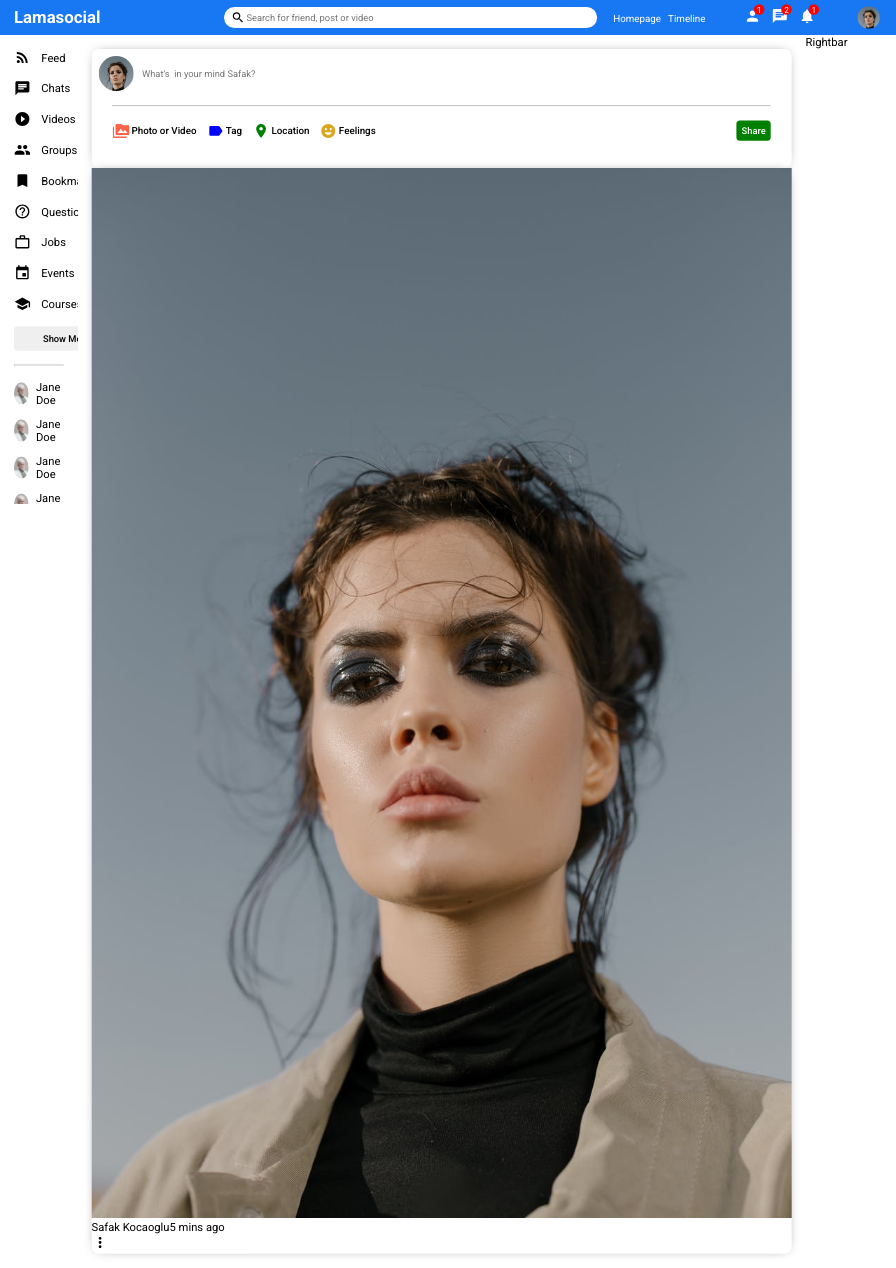
Repository: nazlinres01/react-social
Page: / (app in client/)
An editor plug-in stored every save of this project. The page is shown before and after the next save, followed by the edit.
The browser window is 1280 px wide. The pictures show the whole page, at 70% of full size.
The project was rebuilt for these pictures with package versions that can differ from the ones it lists, and the page was loaded fresh each time.

Above is the page before, as saved 2024-06-12 15:11:43.

After the next save:
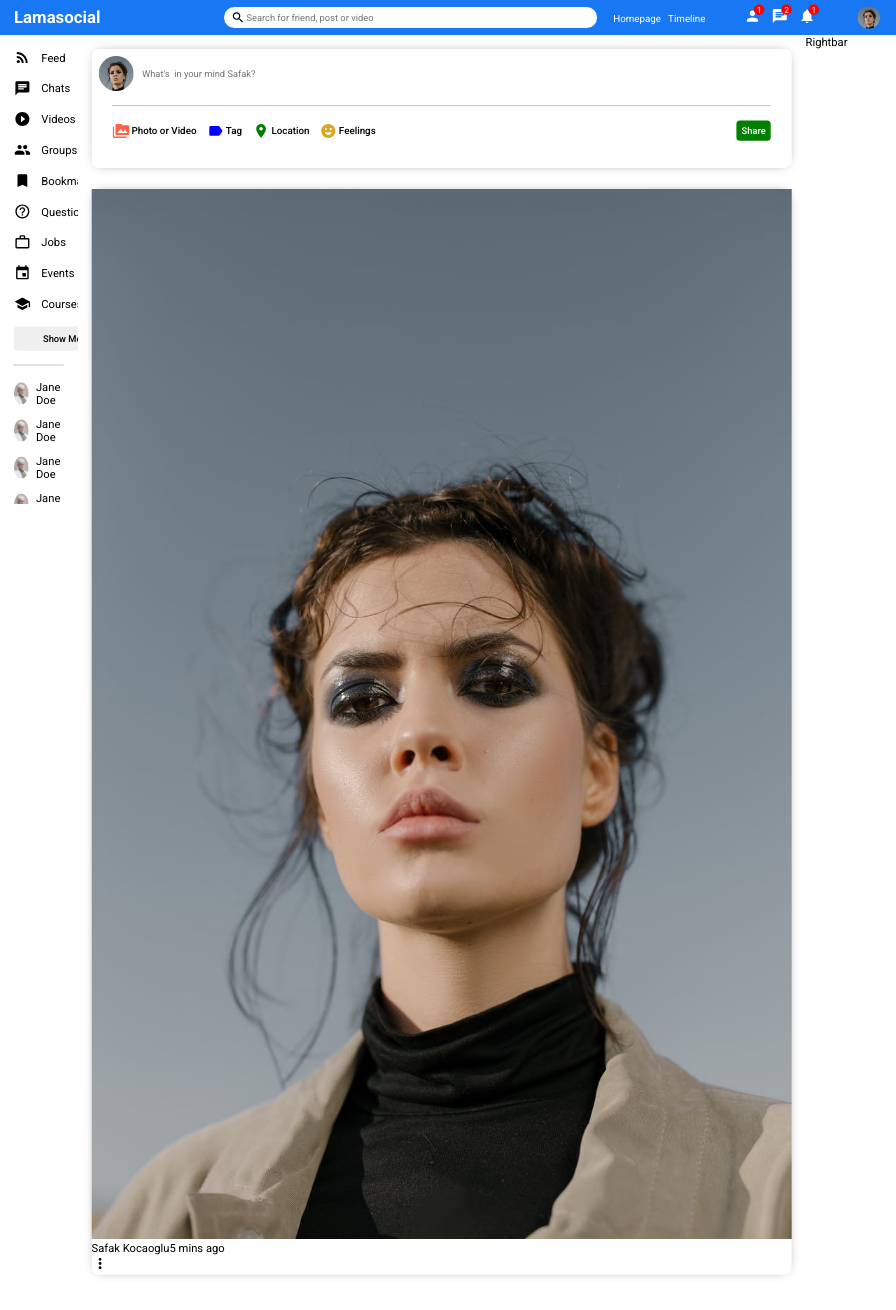
Saved 35 s later.
--- a/client/src/components/post/post.css
+++ b/client/src/components/post/post.css
@@ -3,4 +3,5 @@
     border-radius: 10px;
     -webkit-box-shdow: 0px 0px 16px -8px rgba(0, 0, 0, 0.68);
     box-shadow: 0px 0px 16px -8px rgba(0, 0, 0, 0.68);
+    margin: 30px 0;
 }
